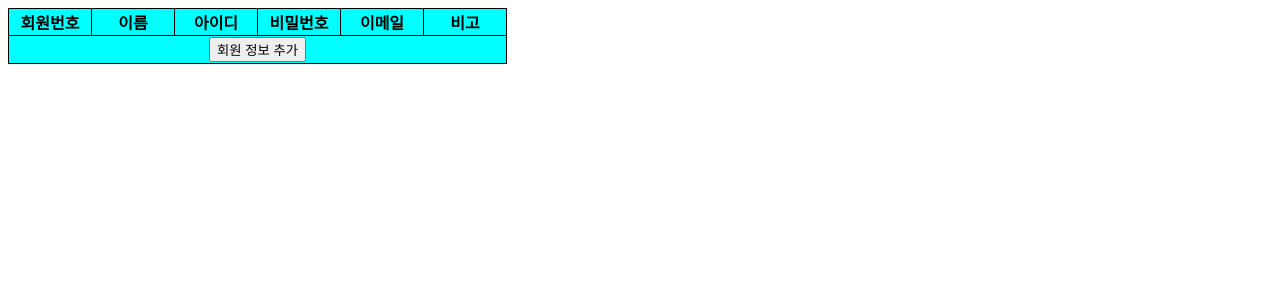
Repository: Heo-sh/Web_Development
Page: http://localhost/Ex_0418_Member/member.jsp
An editor plug-in stored every save of this project. The page is shown before and after the next save, followed by the edit.
The browser window is 1280 px wide. The pictures show the whole page.
The page is served by Tomcat 9. Other server files are loaded and not shown. Queries for data that is not in the repository find no rows.

Above is the page before, as saved 2023-04-18 08:36:47.

### Ex_0418_Member/WebContent/member.jsp
<%@page import="vo.MemberVO"%>
<%@page import="java.util.List"%>
<%@page import="dao.MemberDAO"%>
<%@ page language="java" contentType="text/html; charset=UTF-8"
    pageEncoding="UTF-8"%>
<%
	List<MemberVO> list = MemberDAO.getInstance().selectList();
%>
<!DOCTYPE html>
	<html>
	<head>
		<meta charset="UTF-8">
		<title>Insert title here</title>
		<style type="text/css">
			tr {
				background-color: aqua;
			}

			table {
				border: black, solid, 1px;
				border-collapse: collapse;
			}

			th {
				width: 80px;
			}
		</style>
		<script type="text/javascript">
			function del(idx) {
				if (confirm("정말 삭제하시겠습니까?") == false) {
					return;
				}

				location.href = 'member_del.jsp?idx=' + idx;
			}

			function reinsert(idx, name, id, pw, email) {
				location.href = 'member_update.jsp?idx=' + idx + "&name=" + name + "&id=" + id + "&pw=" + pw + "&email=" + email;
			}
		</script>
	</head>
	<body>
		<table border="1">
			<tr>
				<th>회원번호</th>
				<th>이름</th>
				<th>아이디</th>
				<th>비밀번호</th>
				<th>이메일</th>
				<th>비고</th>
			</tr>
			<% for (int i = 0; i < list.size(); i++) {
						MemberVO vo = list.get(i);
			%>
			<tr align="center">
				<td><%= vo.getIdx() %></td>
				<td><%= vo.getName() %></td>
				<td><%= vo.getId() %></td>
				<td><%= vo.getPw() %></td>
				<td><%= vo.getEmail() %></td>
				<td>
					<input
						type="button"
						value="삭제"
						onclick="del('<%= vo.getIdx() %>')"
					>
					<input
						type="button"
						value="수정"
						onclick="reinsert('<%= vo.getIdx() %>',
										  '<%= vo.getName() %>',
										  '<%= vo.getId() %>',
										  '<%= vo.getPw() %>',
										  '<%= vo.getEmail() %>')"
					>
				</td>
			</tr>
			<%} %>
			<tr>
				<td colspan="7" align="center">
					<input
						type="button"
						value="회원 정보 추가"
						onclick="location.href='member_register.jsp'"
					>
				</td>
			</tr>
		</table>
	</body>
</html>

### Ex_0418_Member/src/dao/MemberDAO.java
package dao;

import java.sql.Connection;
import java.sql.PreparedStatement;
import java.sql.ResultSet;
import java.sql.SQLException;
import java.util.ArrayList;
import java.util.List;

import service.DBService;
import vo.MemberVO;

public class MemberDAO {
	// single-ton pattern:
	// 객체1개만생성해서 지속적으로 서비스하자
	static MemberDAO single = null;

	public static MemberDAO getInstance() {
		//생성되지 않았으면 생성
		if (single == null)
			single = new MemberDAO();
		//생성된 객체정보를 반환
		return single;
	}

	public List<MemberVO> selectList() {

		List<MemberVO> list = new ArrayList<MemberVO>();
		Connection conn = null;
		PreparedStatement pstmt = null;
		ResultSet rs = null;
		String sql = "select * from member order by idx";

		try {
			//1.Connection얻어온다
			conn = DBService.getInstance().getConnection();
			//2.명령처리객체정보를 얻어오기
			pstmt = conn.prepareStatement(sql);

			//3.결과행 처리객체 얻어오기
			rs = pstmt.executeQuery();

			while (rs.next()) {
				MemberVO vo = new MemberVO();
				//현재레코드값=>Vo저장
				vo.setIdx(rs.getInt("idx"));
				vo.setId(rs.getString("id"));
				vo.setName(rs.getString("name"));
				vo.setPw(rs.getString("pw"));
				vo.setEmail(rs.getString("email"));

				//ArrayList추가
				list.add(vo);
			}

		} catch (Exception e) {
			// TODO: handle exception
			e.printStackTrace();
		} finally {

			try {
				if (rs != null)
					rs.close();
				if (pstmt != null)
					pstmt.close();
				if (conn != null)
					conn.close();
			} catch (SQLException e) {
				// TODO Auto-generated catch block
				e.printStackTrace();
			}
		}

		return list;
	}

	//추가하기
	public int insert(MemberVO vo) {
		// TODO Auto-generated method stub
		int res = 0;

		Connection conn = null;
		PreparedStatement pstmt = null;

		String sql = "insert into member values(seq_member_idx.nextval, ?, ?, ?, ?)";

		try {
			//1.Connection획득
			conn = DBService.getInstance().getConnection();
			//2.명령처리객체 획득
			pstmt = conn.prepareStatement(sql);

			//3.pstmt parameter 채우기
			pstmt.setString(1, vo.getName());
			pstmt.setString(2, vo.getId());
			pstmt.setString(3, vo.getPw());
			pstmt.setString(4, vo.getEmail());

			//4.DB로 전송(res:처리된행수)
			res = pstmt.executeUpdate();

		} catch (Exception e) {
			// TODO: handle exception
			e.printStackTrace();
		} finally {

			try {
				if (pstmt != null)
					pstmt.close();
				if (conn != null)
					conn.close();
			} catch (SQLException e) {
				// TODO Auto-generated catch block
				e.printStackTrace();
			}
		}
		return res;
	}

	//삭제하기
	public int delete(int idx) {
		// TODO Auto-generated method stub
		int res = 0;

		Connection conn = null;
		PreparedStatement pstmt = null;

		String sql = "delete from member where idx=?";

		try {
			//1.Connection획득
			conn = DBService.getInstance().getConnection();
			//2.명령처리객체 획득
			pstmt = conn.prepareStatement(sql);

			//3.pstmt parameter 채우기
			pstmt.setInt(1, idx);

			//4.DB로 전송(res:처리된행수)
			res = pstmt.executeUpdate();

		} catch (Exception e) {
			// TODO: handle exception
			e.printStackTrace();
		} finally {

			try {
				if (pstmt != null)
					pstmt.close();
				if (conn != null)
					conn.close();
			} catch (SQLException e) {
				// TODO Auto-generated catch block
				e.printStackTrace();
			}
		}
		return res;
	}

	public int update(MemberVO vo) {
		// TODO Auto-generated method stub
		int res = 0;

		Connection conn = null;
		PreparedStatement pstmt = null;

		String sql = "update member set name=?, id=?, pw=?, email=? where idx=?";

		try {
			//1.Connection획득
			conn = DBService.getInstance().getConnection();
			//2.명령처리객체 획득
			pstmt = conn.prepareStatement(sql);

			//3.pstmt parameter 채우기
			pstmt.setString(1, vo.getName());
			pstmt.setString(2, vo.getId());
			pstmt.setString(3, vo.getPw());
			pstmt.setString(4, vo.getEmail());
			pstmt.setInt(5, vo.getIdx());

			//4.DB로 전송(res:처리된행수)
			res = pstmt.executeUpdate();

		} catch (Exception e) {
			// TODO: handle exception
			e.printStackTrace();
		} finally {

			try {
				if (pstmt != null)
					pstmt.close();
				if (conn != null)
					conn.close();
			} catch (SQLException e) {
				// TODO Auto-generated catch block
				e.printStackTrace();
			}
		}
		return res;
	}

































}

### Ex_0418_Member/src/service/DBService.java
package service;

import java.sql.Connection;
import java.sql.SQLException;

import javax.naming.Context;
import javax.naming.InitialContext;
import javax.naming.NamingException;
import javax.sql.DataSource;

public class DBService {
//	multi - 본인만의 축약어를 만들 수 있다.
//	window -> preperence -> java -> template -> new
//	for (int i = 0; i < argType; i++) {
//		for (int j = 0; j < argType; j++) {
//
//		}
//	}


//	DB접속을 위한 코드를 위한 class

	//single-ton pattern:
	//객체1개만생성해서 지속적으로 서비스하자
	//- jsp파일을 생성하고 DB에 접속하려고 할 때마다 객체들을 생성하여 메모리를 점유해야한다.
	//  -> 코드를 매번 작성해야 하고 비효율적이기에 single-ton pattern을 이용한다.
	//- 어플리케이션이 시작될 때 어떤 클래스가 최초 한번만 메모리를 할당하고(static의 개념)
	//  그 메모리에 인스턴스를 만들어 사용하는 디자인 패턴
	//- DB를 접속할 때처럼 공통된 객체를 여러 개 생성해서 사용해야 하는 상황에 많이 사용
	static DBService single = null;

	public static DBService getInstance() { //static으로 만들어진 객체는 new를 쓰지 않아도 불러올 수 있다.
		//생성되지 않았으면 생성
		if (single == null) //메모리를 점유하고 있지 않다면
			single = new DBService(); //객체를 생성하라
		//생성된 객체정보를 반환
		return single; //single: DB 접속 관련 정보가 들어가 있다.
	}

	DataSource ds; //생성자 밖에서도 써야하기에 바깥으로 빼둠

	public DBService() {
		try {
			InitialContext ic = new InitialContext();
			Context ctx = (Context)ic.lookup("java:comp/env");
			ds = (DataSource)ctx.lookup("jdbc/oracle_test");

		} catch (NamingException e) {
			// TODO Auto-generated catch block
			e.printStackTrace();
		}
	}

	public Connection getConnection() {
		Connection conn = null;

		try {
			conn = ds.getConnection();
		} catch (SQLException e) {
			// TODO Auto-generated catch block
			e.printStackTrace();
		}

		return conn;
	}

}

After the next save:
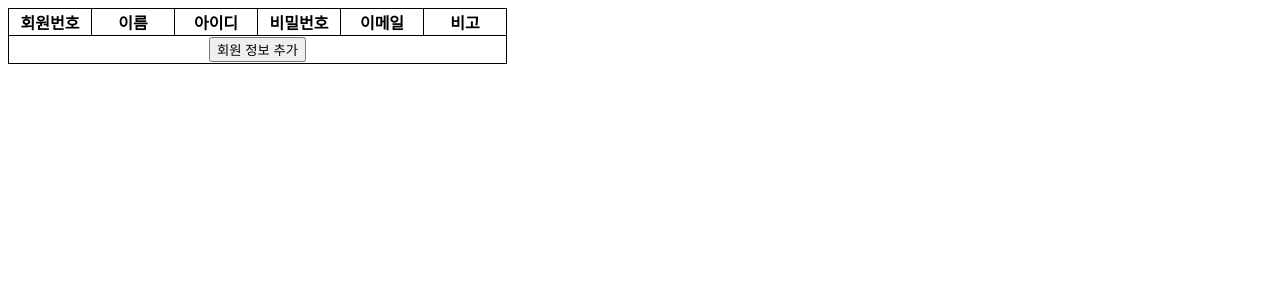
Saved 14 s later.
--- a/Ex_0418_Member/WebContent/member.jsp
+++ b/Ex_0418_Member/WebContent/member.jsp
@@ -12,10 +12,6 @@
 		<meta charset="UTF-8">
 		<title>Insert title here</title>
 		<style type="text/css">
-			tr {
-				background-color: aqua;
-			}
-
 			table {
 				border: black, solid, 1px;
 				border-collapse: collapse;
